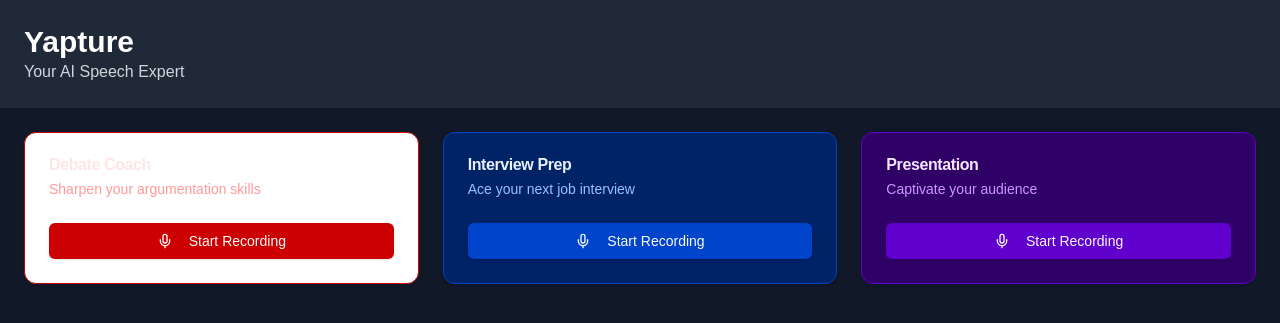
Repository: pghiasia/elevenlabs-hackathon
Page: /
These files come from the project's save history. The page is drawn as it stood at one moment and after the next save; the edit follows.
The browser window is 1280 px wide. The pictures show the whole page.
The project was rebuilt for these pictures with package versions that can differ from the ones it lists, and the page was loaded fresh each time. The framework's server and built-in components were replaced by stand-ins that run in the browser. Also part of the build but not shown: next.config.ts.

Above is the page before, as saved 2024-11-09 16:57:37.

### src/app/page.tsx
import { Button } from "@/components/ui/button"
import { Card, CardContent, CardDescription, CardHeader, CardTitle } from "@/components/ui/card"
import Link from "next/link"
import { Mic } from "lucide-react"

const categories = [
  {
    name: "Debate Coach",
    color: "red",
    description: "Sharpen your argumentation skills",
    bgColor: "#d8315b",
    borderColor: "border-red-700",
    textColor: "text-red-100",
    descColor: "text-red-300",
    buttonBg: "bg-red-700 hover:bg-red-600"
  },
  {
    name: "Interview Prep",
    color: "blue",
    description: "Ace your next job interview",
    bgColor: "bg-blue-900",
    borderColor: "border-blue-700",
    textColor: "text-blue-100",
    descColor: "text-blue-300",
    buttonBg: "bg-blue-700 hover:bg-blue-600"
  },
  {
    name: "Presentation",
    color: "purple",
    description: "Captivate your audience",
    bgColor: "bg-purple-900",
    borderColor: "border-purple-700",
    textColor: "text-purple-100",
    descColor: "text-purple-300",
    buttonBg: "bg-purple-700 hover:bg-purple-600"
  },
]

export default function Home() {
  return (
    <div className="min-h-screen bg-gray-900 text-white">
      <header className="p-6 bg-gray-800">
        <h1 className="text-3xl font-bold">Yapture</h1>
        <p className="text-gray-300">Your AI Speech Expert</p>
      </header>
      <main className="container mx-auto p-6">
        <div className="grid grid-cols-1 md:grid-cols-3 gap-6">
          {categories.map((category) => (
            <Card key={category.name} className={`${category.bgColor} ${category.borderColor}`}>
              <CardHeader>
                <CardTitle className={category.textColor}>{category.name}</CardTitle>
                <CardDescription className={category.descColor}>
                  {category.description}
                </CardDescription>
              </CardHeader>
              <CardContent>
                <Link href={`/${category.name.toLowerCase().replace(" ", "-")}`}>
                  <Button className={`w-full ${category.buttonBg}`}>
                    <Mic className="mr-2 h-4 w-4" />
                    Start Recording
                  </Button>
                </Link>
              </CardContent>
            </Card>
          ))}
        </div>
      </main>
    </div>
  )
}

### src/components/ui/button.tsx
import * as React from "react"
import { Slot } from "@radix-ui/react-slot"
import { cva, type VariantProps } from "class-variance-authority"

import { cn } from "@/lib/utils"

const buttonVariants = cva(
  "inline-flex items-center justify-center gap-2 whitespace-nowrap rounded-md text-sm font-medium transition-colors focus-visible:outline-none focus-visible:ring-1 focus-visible:ring-neutral-950 disabled:pointer-events-none disabled:opacity-50 [&_svg]:pointer-events-none [&_svg]:size-4 [&_svg]:shrink-0 dark:focus-visible:ring-neutral-300",
  {
    variants: {
      variant: {
        default:
          "bg-neutral-900 text-neutral-50 shadow hover:bg-neutral-900/90 dark:bg-neutral-50 dark:text-neutral-900 dark:hover:bg-neutral-50/90",
        destructive:
          "bg-red-500 text-neutral-50 shadow-sm hover:bg-red-500/90 dark:bg-red-900 dark:text-neutral-50 dark:hover:bg-red-900/90",
        outline:
          "border border-neutral-200 bg-white shadow-sm hover:bg-neutral-100 hover:text-neutral-900 dark:border-neutral-800 dark:bg-neutral-950 dark:hover:bg-neutral-800 dark:hover:text-neutral-50",
        secondary:
          "bg-neutral-100 text-neutral-900 shadow-sm hover:bg-neutral-100/80 dark:bg-neutral-800 dark:text-neutral-50 dark:hover:bg-neutral-800/80",
        ghost: "hover:bg-neutral-100 hover:text-neutral-900 dark:hover:bg-neutral-800 dark:hover:text-neutral-50",
        link: "text-neutral-900 underline-offset-4 hover:underline dark:text-neutral-50",
      },
      size: {
        default: "h-9 px-4 py-2",
        sm: "h-8 rounded-md px-3 text-xs",
        lg: "h-10 rounded-md px-8",
        icon: "h-9 w-9",
      },
    },
    defaultVariants: {
      variant: "default",
      size: "default",
    },
  }
)

export interface ButtonProps
  extends React.ButtonHTMLAttributes<HTMLButtonElement>,
    VariantProps<typeof buttonVariants> {
  asChild?: boolean
}

const Button = React.forwardRef<HTMLButtonElement, ButtonProps>(
  ({ className, variant, size, asChild = false, ...props }, ref) => {
    const Comp = asChild ? Slot : "button"
    return (
      <Comp
        className={cn(buttonVariants({ variant, size, className }))}
        ref={ref}
        {...props}
      />
    )
  }
)
Button.displayName = "Button"

export { Button, buttonVariants }

### src/components/ui/card.tsx
import * as React from "react"

import { cn } from "@/lib/utils"

const Card = React.forwardRef<
  HTMLDivElement,
  React.HTMLAttributes<HTMLDivElement>
>(({ className, ...props }, ref) => (
  <div
    ref={ref}
    className={cn(
      "rounded-xl border border-neutral-200 bg-white text-neutral-950 shadow dark:border-neutral-800 dark:bg-neutral-950 dark:text-neutral-50",
      className
    )}
    {...props}
  />
))
Card.displayName = "Card"

const CardHeader = React.forwardRef<
  HTMLDivElement,
  React.HTMLAttributes<HTMLDivElement>
>(({ className, ...props }, ref) => (
  <div
    ref={ref}
    className={cn("flex flex-col space-y-1.5 p-6", className)}
    {...props}
  />
))
CardHeader.displayName = "CardHeader"

const CardTitle = React.forwardRef<
  HTMLDivElement,
  React.HTMLAttributes<HTMLDivElement>
>(({ className, ...props }, ref) => (
  <div
    ref={ref}
    className={cn("font-semibold leading-none tracking-tight", className)}
    {...props}
  />
))
CardTitle.displayName = "CardTitle"

const CardDescription = React.forwardRef<
  HTMLDivElement,
  React.HTMLAttributes<HTMLDivElement>
>(({ className, ...props }, ref) => (
  <div
    ref={ref}
    className={cn("text-sm text-neutral-500 dark:text-neutral-400", className)}
    {...props}
  />
))
CardDescription.displayName = "CardDescription"

const CardContent = React.forwardRef<
  HTMLDivElement,
  React.HTMLAttributes<HTMLDivElement>
>(({ className, ...props }, ref) => (
  <div ref={ref} className={cn("p-6 pt-0", className)} {...props} />
))
CardContent.displayName = "CardContent"

const CardFooter = React.forwardRef<
  HTMLDivElement,
  React.HTMLAttributes<HTMLDivElement>
>(({ className, ...props }, ref) => (
  <div
    ref={ref}
    className={cn("flex items-center p-6 pt-0", className)}
    {...props}
  />
))
CardFooter.displayName = "CardFooter"

export { Card, CardHeader, CardFooter, CardTitle, CardDescription, CardContent }

### tailwind.config.ts
/** @type {import('tailwindcss').Config} */
module.exports = {
	darkMode: ["class"],
	content: [
	  './pages/**/*.{ts,tsx}',
	  './components/**/*.{ts,tsx}',
	  './app/**/*.{ts,tsx}',
	  './src/**/*.{ts,tsx}',
	  ],
	theme: {
	  container: {
		center: true,
		padding: "2rem",
		screens: {
		  "2xl": "1400px",
		},
	  },
	  extend: {
		colors: {
		  red: {
			100: "#FFE6E6",
			300: "#FF9999",
			500: "#FF3333",
			600: "#FF0000",
			700: "#CC0000",
			800: "#990000",
			900: "#660000",
		  },
		  blue: {
			100: "#E6F0FF",
			300: "#99C2FF",
			500: "#3377FF",
			600: "#0055FF",
			700: "#0044CC",
			800: "#003399",
			900: "#002266",
		  },
		  purple: {
			100: "#F3E6FF",
			300: "#CC99FF",
			500: "#9933FF",
			600: "#7700FF",
			700: "#5F00CC",
			800: "#470099",
			900: "#2F0066",
		  },
		},
		keyframes: {
		  "accordion-down": {
			from: { height: 0 },
			to: { height: "var(--radix-accordion-content-height)" },
		  },
		  "accordion-up": {
			from: { height: "var(--radix-accordion-content-height)" },
			to: { height: 0 },
		  },
		},
		animation: {
		  "accordion-down": "accordion-down 0.2s ease-out",
		  "accordion-up": "accordion-up 0.2s ease-out",
		},
	  },
	},
	plugins: [require("tailwindcss-animate")],
  }

Loaded but not shown: src/app/layout.tsx (common file); src/app/globals.css (common file); src/lib/utils.ts (common file)

After the next save:
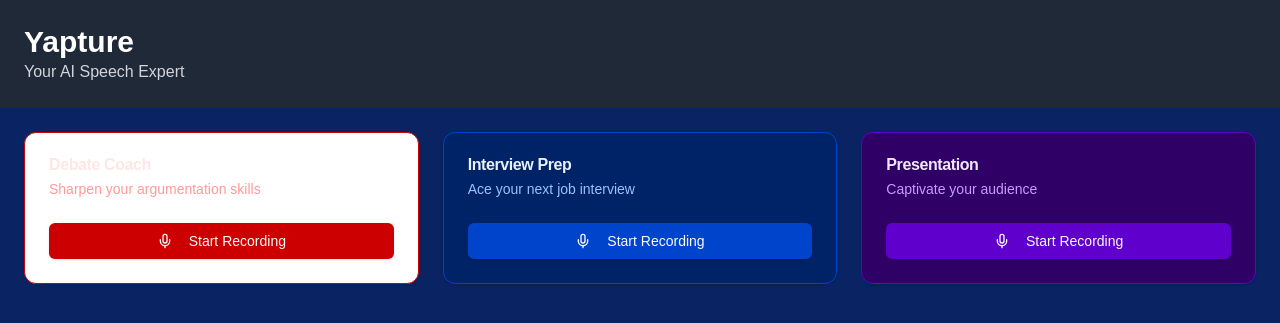
Saved 27 s later.
--- a/src/app/page.tsx
+++ b/src/app/page.tsx
@@ -38,7 +38,7 @@ const categories = [
 
 export default function Home() {
   return (
-    <div className="min-h-screen bg-gray-900 text-white">
+    <div className="min-h-screen bg-[#0a2463] text-white">
       <header className="p-6 bg-gray-800">
         <h1 className="text-3xl font-bold">Yapture</h1>
         <p className="text-gray-300">Your AI Speech Expert</p>
